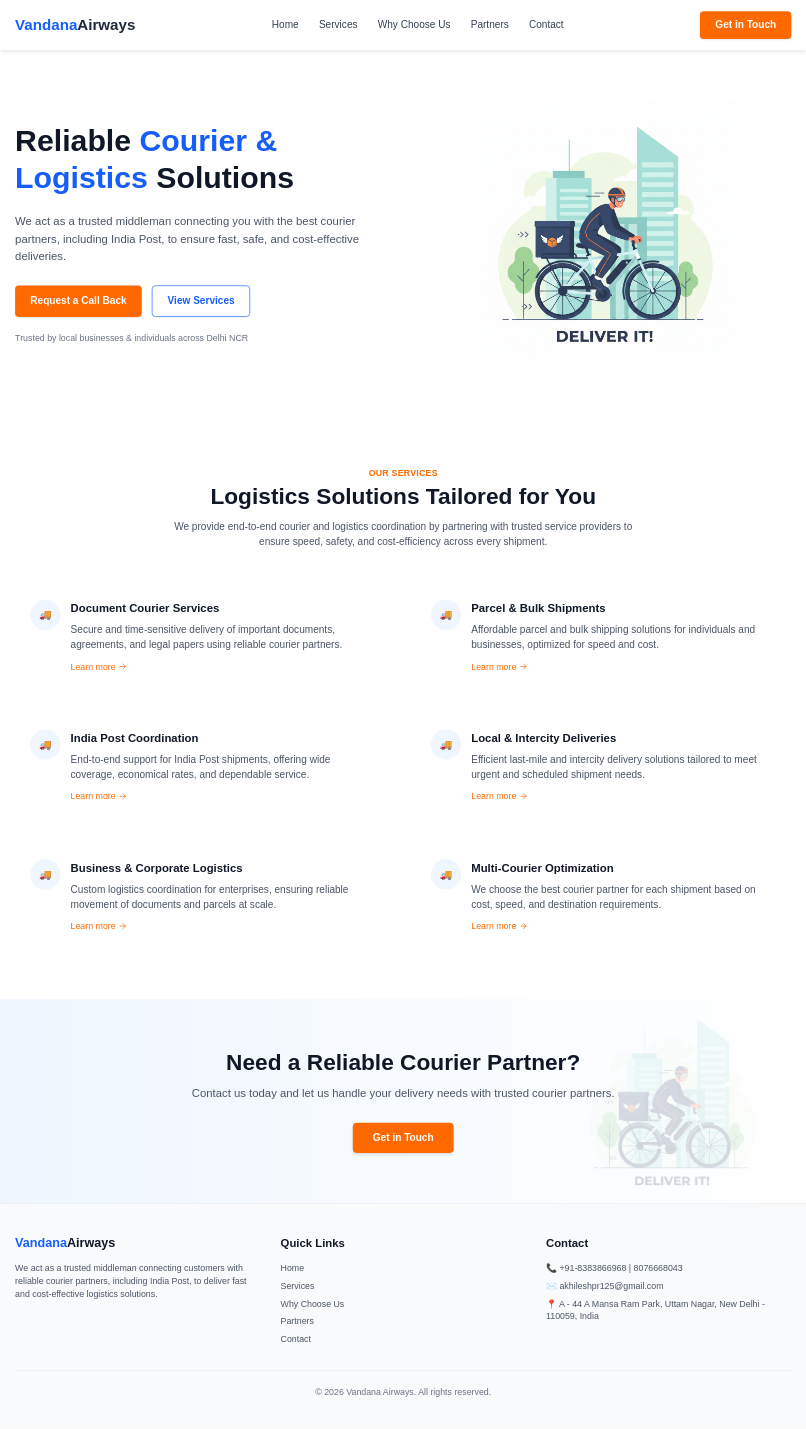
Repository: Rohit-foryou/Courier-Portfolio
Page: /
An editor plug-in stored every save of this project. The page is shown before and after the next save, followed by the edit.
The browser window is 1280 px wide. The pictures show the whole page, at 63% of full size.
The project was rebuilt for these pictures with package versions that can differ from the ones it lists, and the page was loaded fresh each time. The framework's server and built-in components were replaced by stand-ins that run in the browser. Also part of the build but not shown: next.config.ts.

Above is the page before, as saved 2026-02-09 22:47:53.

After the next save:
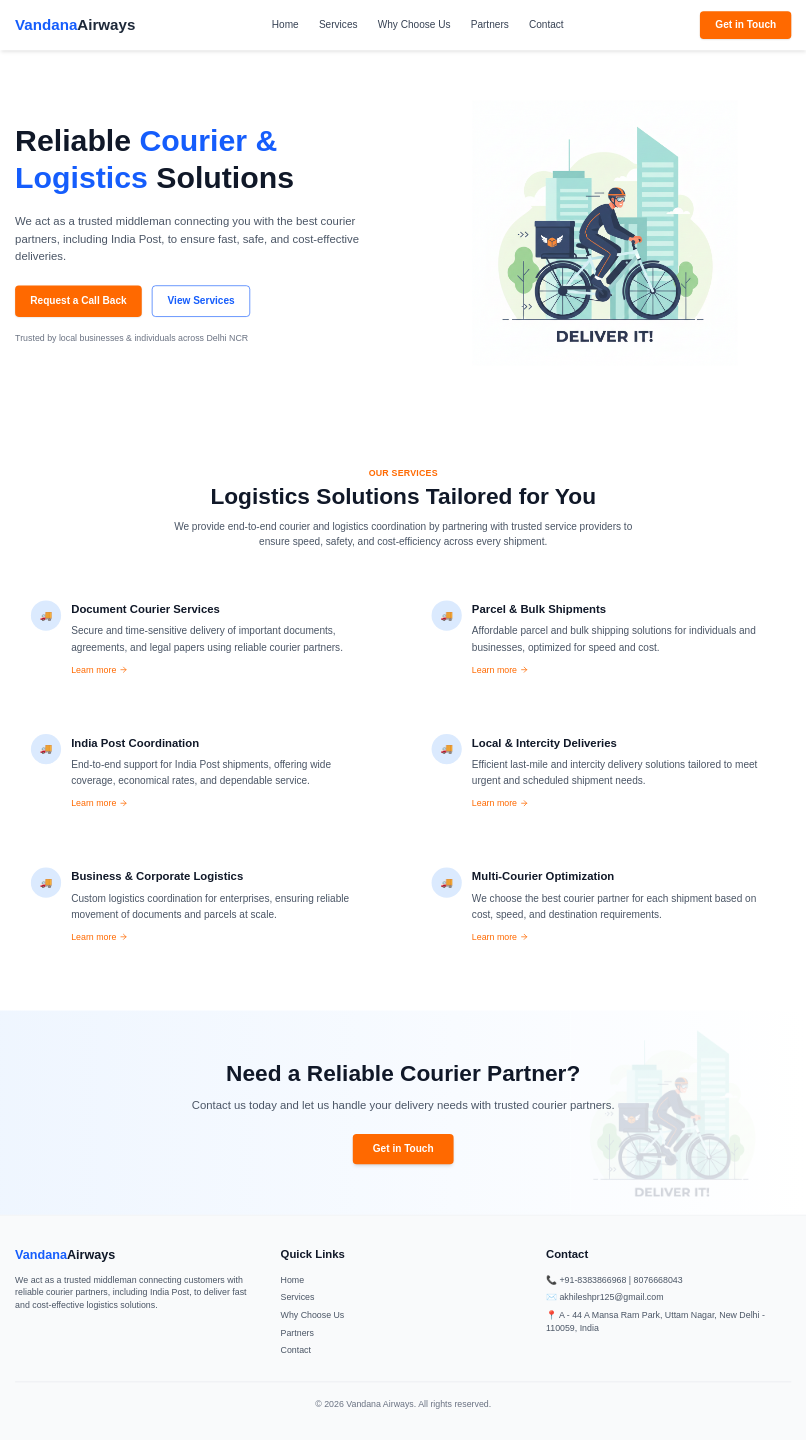
Saved 2 min 34 s later.
--- a/components/ServiceCard.tsx
+++ b/components/ServiceCard.tsx
@@ -1,24 +1,29 @@
 import Link from "next/link";
 import { ArrowRight } from "lucide-react";
 
+type ServiceCardProps = {
+  title: string;
+  description: string;
+};
+
 export default function ServiceCard({ title, description }: ServiceCardProps) {
   return (
-    <div className="group flex gap-4 p-6 bg-white hover:bg-gray-50 transition rounded-lg">
+    <div className="group flex gap-4 p-6 bg-white hover:bg-gray-50 transition rounded-lg border border-transparent hover:border-gray-200">
 
       {/* Icon */}
       <div className="flex-shrink-0">
-        <div className="w-12 h-12 rounded-full bg-blue-50 flex items-center justify-center text-blue-600">
+        <div className="w-12 h-12 rounded-full bg-blue-100 flex items-center justify-center text-blue-500">
           🚚
         </div>
       </div>
 
       {/* Content */}
       <div>
-        <h3 className="text-lg font-semibold text-gray-900 group-hover:text-blue-600 transition">
+        <h3 className="text-lg font-semibold text-gray-900 transition">
           {title}
         </h3>
 
-        <p className="mt-2 text-gray-600">
+        <p className="mt-2 text-gray-600 leading-relaxed">
           {description}
         </p>
 
